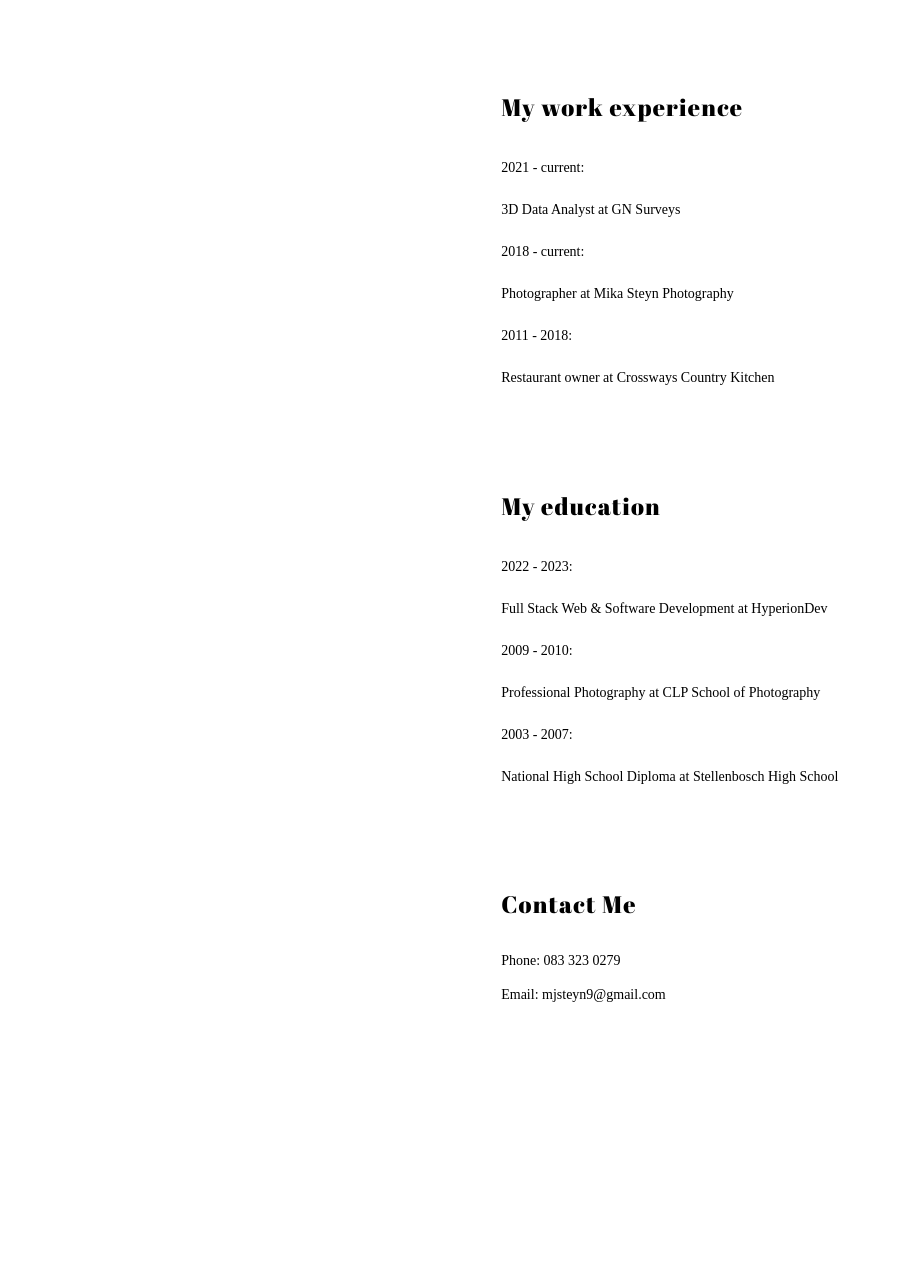
Repository: mikasteyn999/My-CV-Website
Page: index.html
The author's editor kept a copy of each file at every save. The page is drawn from the files as they stood at one save, then again after the next save.
The browser window is 1280 px wide. The page is 1312 px wide, so the pictures cover 1312 px, including what lies to the right of the window. The pictures show the part of the page from y = 1840 to 3720 px (the page is 3660 px tall before and 3720 px after), at 70% of full size.
Some web fonts or font styles are not loaded; a fallback is used.

Above is the page before, as saved 2023-06-03 19:43:34.

### index.html
<!doctype html>
<html lang="en">
    <head>
        <!-- PAGE TITLE -->
        <title>Mika Steyn CV</title>
        <!-- FONTS -->
        <link href="https://fonts.googleapis.com/css?family=Abril+Fatface%7CArapey&amp;subset=latin-ext" rel="stylesheet">
        <!-- STYLESHEETS -->
        <link rel="stylesheet" type="text/css" href="assets/css/main.css">
    </head>
    <body>
        <!-- IMAGE CONTAINER -->
        <div class="image-container">
            <div class="background-img"></div>
        </div>
        <!-- CONTENT AREA -->
        <div class="content-area">
            <!-- CONTENT AREA INNER -->
            <div class="content-area-inner">
                <!-- INTRO -->
                <section id="intro">
                    <!-- CONTAINER MID -->
                    <div class="container-mid">
                            <h1>I’m Mika Steyn</h1>
                            <p class="subline">DEVELOPER  |  PHOTOGRAPHER  |  DATA ANALYST</p>
                    </div>
                </section>
                <!-- ABOUT -->
                <section id="about">
                    <h3>Why I can help you</h3>
                    <br>
                    <p>I am a multi-talented professional with a unique combination of skills in software development, photography, and data analysis. With a diploma in Full Stack Web & Software Development, I have a strong technical background and am proficient in several programming languages, including HTML, Java, and JavaScript.
                        <br>
                        <br>
                        In addition to my expertise in software development, I have a passion for photography and have been honing my skills for several years. My focus is mostly on weddings & portraiture, playing with natural light in compelling ways.
                        <br>
                        <br>
                        Finally, I have a strong analytical mind and a deep understanding of data analysis. I have experience working with large datasets in the land surveying sector.
                        <br>
                        br
                        With a diverse skill set and a passion for learning new things, I am a dynamic professional who is able to take on a wide range of challenges and deliver exceptional results.</p></p>
                </section>
                <!-- SKILLS -->
                <section id="skills">
                    <h3>My skills</h3>
                    <!-- SKILLS LIST -->
                    <ul class="skills-list">
                        <li>Full Stack Web Development</li>
                        <li>Software Development</li>
                        <li>Wedding & Lifestyle Photography</li>
                        <li>Editing</li>
                        <li>Team Management</li>
                    </ul>
                </section>
                <!-- WORK EXPERIENCE -->
                <section id="work">
                    <h3>My work experience</h3>
                <!-- WORK LIST -->
                    <ul class="work-list">
                        <li>2021 - current:
                            <br>
                            3D Data Analyst at GN Surveys</li>
                        <li>2018 - current:
                            <br>
                            Photographer at Mika Steyn Photography</li>
                        <li>2011 - 2018:
                            <br>
                            Restaurant owner at Crossways Country Kitchen</li>
                    </ul>
                </section>
                <!-- EDUCATION -->
                <section id="education">
                    <h3>My education</h3>
                <!-- EDUCATION LIST -->
                    <ul class="education-list">
                        <li>2022 - 2023:
                            <br>
                            Full Stack Web & Software Development at HyperionDev</li>
                        <li>2009 - 2010:
                            <br>
                            Professional Photography at CLP School of Photography</li>
                        <li>2003 - 2007:
                            <br>
                            National High School Diploma at Stellenbosch High School</li>
                    </ul>
                </section>
                <!-- CONTACT -->
                <section id="contact">
                    <h3>Contact Me</h3>
                    <!-- CONTACT LIST -->
                    <ul class="contact-list">
                        <li>Phone: 083 323 0279</li>
                        <li>Email: mjsteyn9@gmail.com</li>
                    </ul>
                </section>
                <!-- FOOTER -->
                <section id="footer" class="social-icons">
                    <!-- SOCIAL ICONS -->
                        <a href="https://www.facebook.com/mikasteynphotography"><i class="fa fa-facebook" aria-hidden="true"></i></a>
                        <a href="https://www.instagram.com/mikasteynphotography"><i class="fa fa-instagram" aria-hidden="true"></i></a>
                        <a href="https://www.linkedin.com/in/mika-steyn-169564208/"><i class="fa fa-linkedin" aria-hidden="true"></i></a>
                        <a href="https://github.com/mikasteyn999"><i class="fa fa-github" aria-hidden="true"></i</a>
                </section>
            </div>
        </div>
    </body>
</html>

### assets/css/main.css
html {
    font-size: 10px;
}

body {
    font-family: 'Arapey', serif;
    font-weight: 300;
    font-style: normal;
    color: #000;
    background: #fff;
    -webkit-font-smoothing: antialiased;
}

h1, h2, h3, h4, h5, h6 {
    font-family: 'Abril Fatface', cursive;
    font-weight: normal;
    letter-spacing: .05em;
    color: #000;;
}

h1 {
    font-size: 4.4rem;
}

h2 {
    font-size: 3.9rem;
}

h3 {
    font-size: 3.4rem;
}

h4 {
    font-size: 2.9rem;
}

h5 {
    font-size: 2.4rem;
}

h6 {
    font-size: 1.9rem;
}

p {
    font-size: 1.8rem;
}

@media (max-width:600px) {
    html {
        font-size: 8px;
    }
}

@media (max-width:500px) {
    html {
        font-size: 7px;
    }
}

.image-container {
    position: fixed;
    z-index: 10;
    top: 0;
    left: 0;

    width: 50%;
    height: 100%;
}

.image-container .background-img {
    position: absolute;
    z-index: 1;
    top: 0;
    left: 0;

    width: 100%;
    height: 100%;

    background: url(../img/profilePhoto.jpg);
    background-repeat: no-repeat;
    background-size: cover;
}

@media (max-width:1200px) {
    .image-container {
        position: relative;
        z-index: 10;
        top: 0;
        left: 0;

        width: 100%;
        height: 100vh;
    }
}

.content-area {
    position: relative;
    left: 0;

    width: 100%;
}

.content-area .content-area-inner {
    position: relative;
    left: 50%;

    width: 50%;
    padding: 0 20px;
    overflow-x: hidden;
}

.content-area .content-area-inner section {
    max-width: 520px;
    margin: 0 auto 18vh auto;
}

@media (max-width:1200px) {
    .content-area .content-area-inner {
        left: 0;

        width: 100%;
        padding: 0 20px;
    }
}

#intro {
    position: relative;
    height: 100vh;
    margin-bottom: 0;
}

#intro .container-mid {
    position: absolute;
    top: 50%;
    width: 100%;
    -webkit-transform: translateY(-50%);
        -ms-transform: translateY(-50%);
            transform: translateY(-50%);
}

#intro .container-mid p.subline {
    font-size: 2.2rem;
    line-height: 1.6em;
    margin-top: 2em;
    margin-bottom: 2.2em;
}

@media (max-width:1200px) {
    #intro {
        height: auto;
    }

    #intro .container-mid {
        position: relative;
        top: 0;
        margin: 15vh 0;
        -webkit-transform: translate(0);
            -ms-transform: translate(0);
                transform: translate(0);
    }
}

#about p {
    line-height: 1.5em;
    margin-bottom: 2em;
}

#about p:last-child {
    margin-bottom: 0;
}

#skills .skills-list {
    margin-bottom: 0;
    padding: 0;

    list-style: none;
}

#skills .skills-list li {
    font-size: 2rem;
    line-height: 3em;
}

#work .work-list {
    margin-bottom: 0;
    padding: 0;

    list-style: none;
}

#work .work-list li {
    font-size: 2rem;
    line-height: 3em;
}

#education .education-list {
    margin-bottom: 0;
    padding: 0;
    list-style: none;
}

#education .education-list li {
    font-size: 2rem;
    line-height: 3em;
}

#contact .contact-list {
    margin-bottom: 3.4em;
    padding: 0;
    list-style: none;
}

#contact .contact-list li {
    font-size: 2rem;
    line-height: 2.4em;
}


#footer .fa-facebook, .fa-instagram, .fa-linkedin, .fa-github {
    padding-right: 20px;
    font-size: x-large;
    color: #000;

}

After the next save:
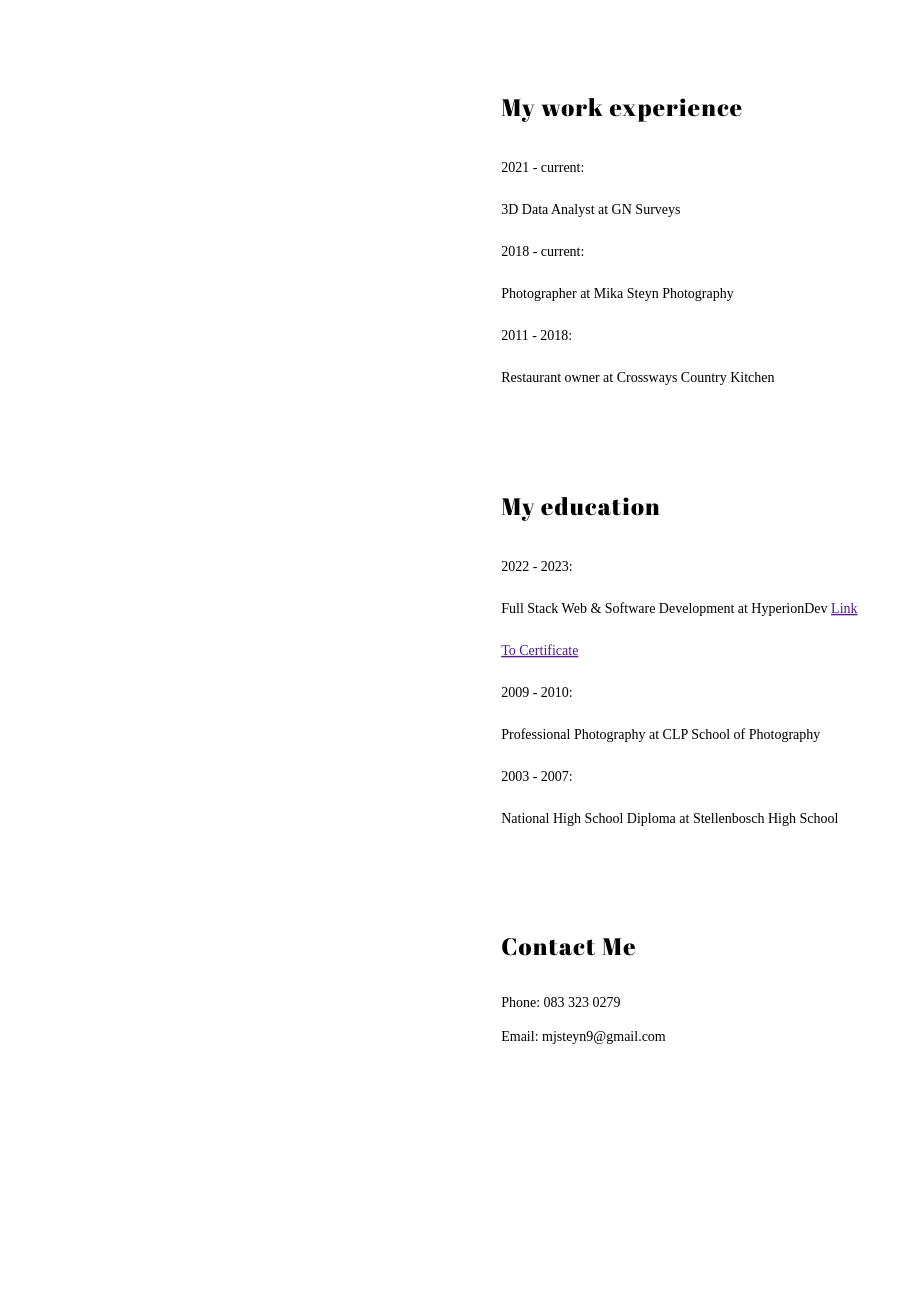
Saved 94 s later.
--- a/index.html
+++ b/index.html
@@ -75,7 +75,9 @@
                     <ul class="education-list">
                         <li>2022 - 2023:
                             <br>
-                            Full Stack Web & Software Development at HyperionDev</li>
+                            Full Stack Web & Software Development at HyperionDev
+                            <a href="">Link To Certificate</a>
+                        </li>
                         <li>2009 - 2010:
                             <br>
                             Professional Photography at CLP School of Photography</li>
